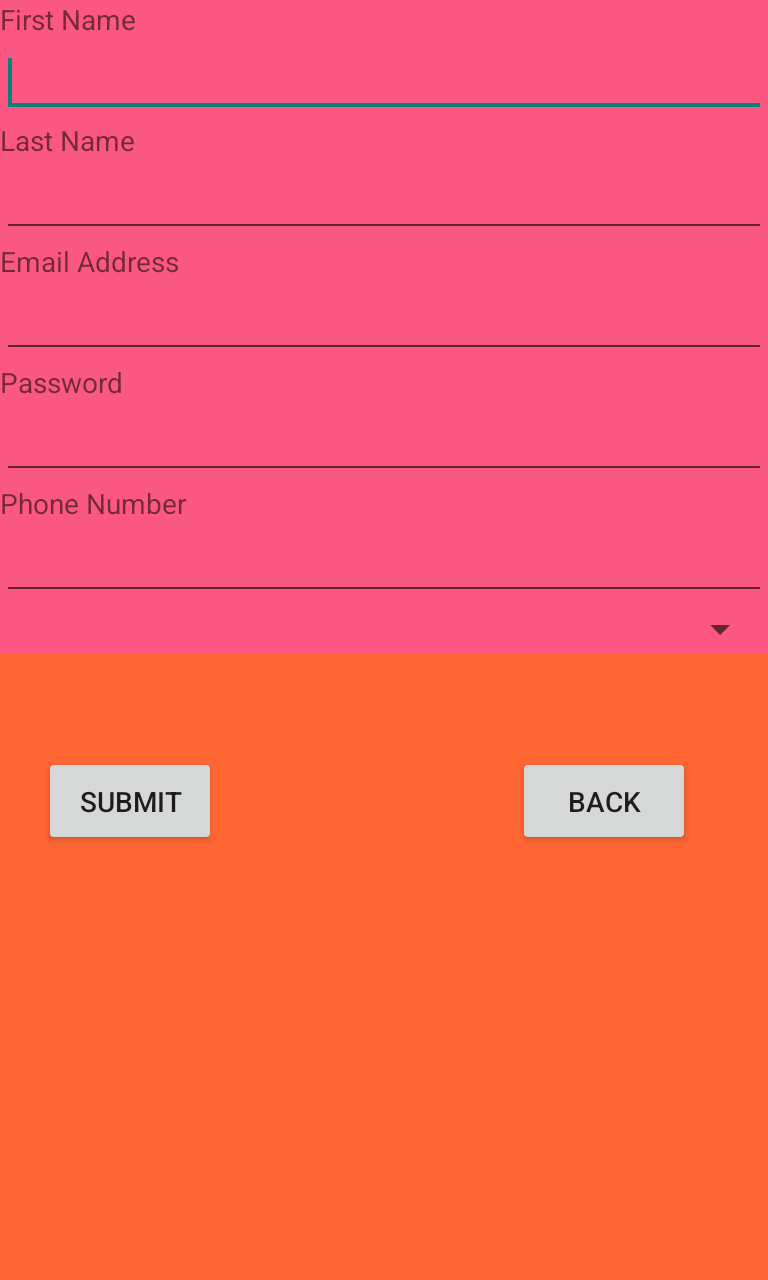
Repository: Clarenaliaka/code-challenge
Layout: ModernMum/res/layout/register.xml
These files come from the project's save history. The layout is drawn as it stood at one moment and after the next save; the edit follows.
It is drawn on a 768 x 1280 px phone screen (xhdpi) without system bars, with theme AppTheme; the app's code is not run.

Above is the layout before, as saved 2014-07-31 10:35:54.

After the next save:
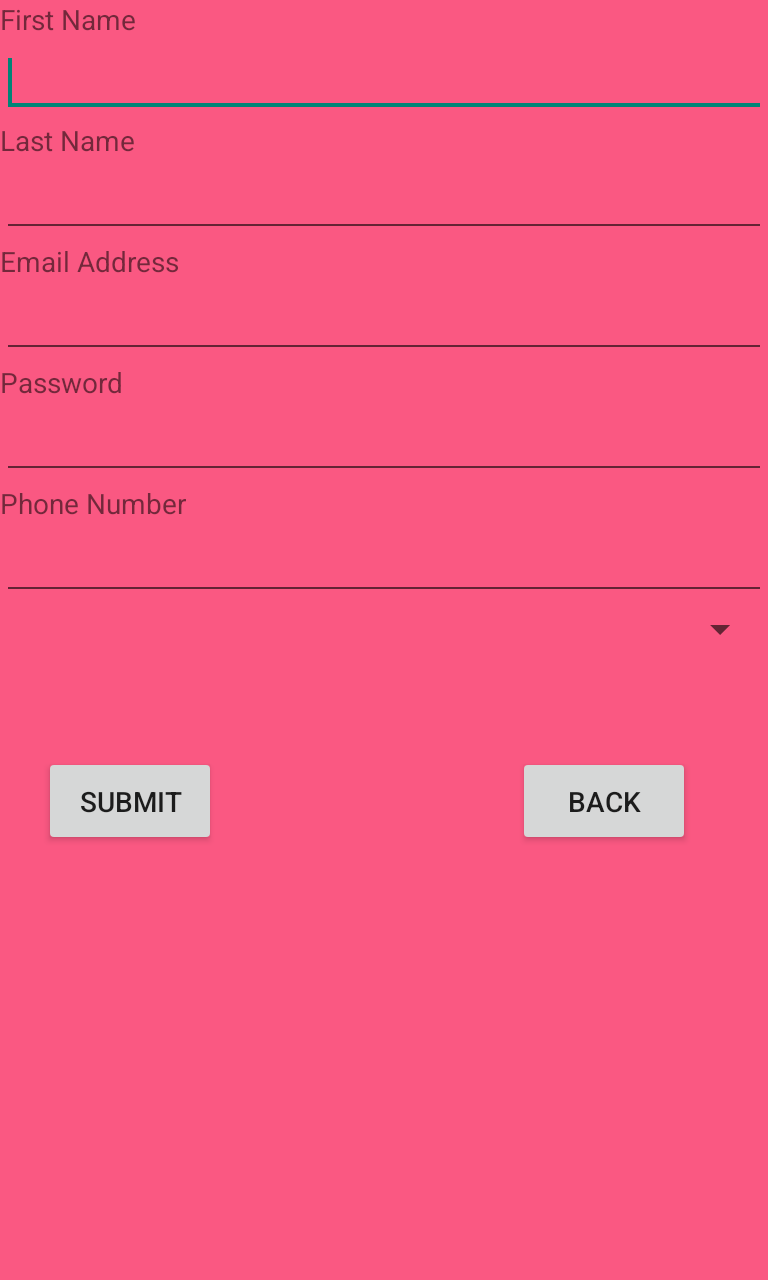
Saved 45 s later.
--- a/ModernMum/res/layout/register.xml
+++ b/ModernMum/res/layout/register.xml
@@ -79,7 +79,7 @@
     android:layout_width="match_parent"
     android:layout_height="match_parent"
     android:orientation="vertical"
-    android:background="@color/orange" >
+    >
 
     <Button
         android:id="@+id/btnback"
